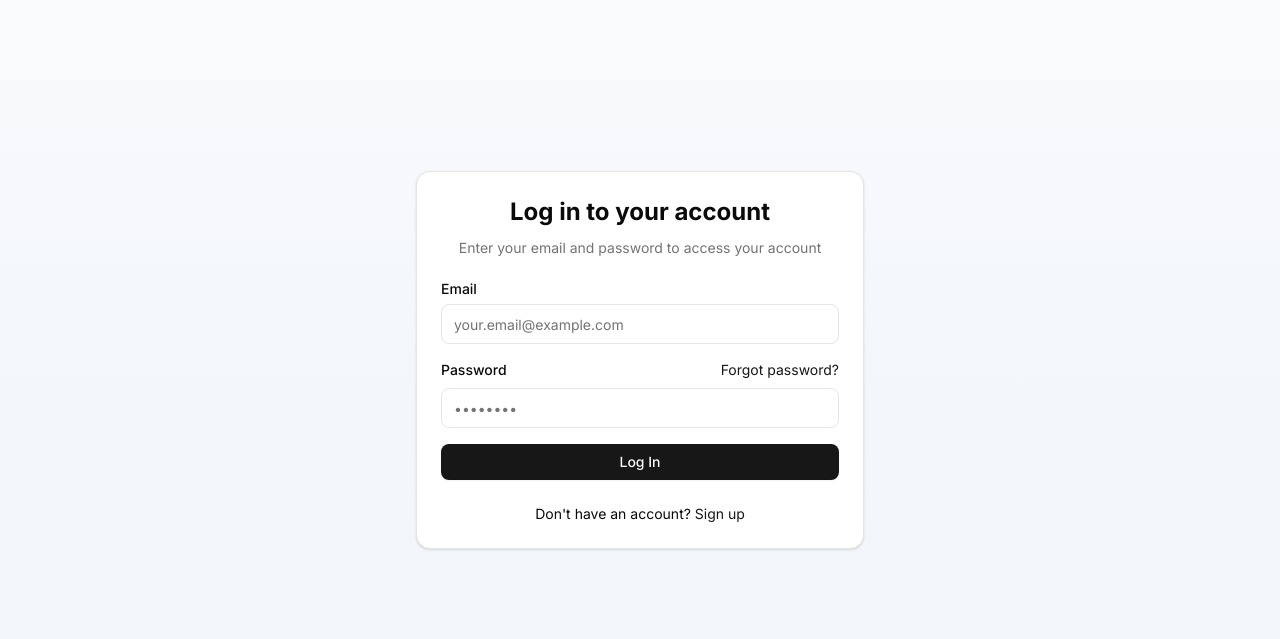
Repository: davidsaas/trustplacev2
Page: /login
An editor plug-in stored every save of this project. The page is shown before and after the next save, followed by the edit.
The browser window is 1280 px wide. The pictures show the whole page.
The project was rebuilt for these pictures with package versions that can differ from the ones it lists, and the page was loaded fresh each time. The framework's server and built-in components were replaced by stand-ins that run in the browser. Also part of the build but not shown: next.config.js, src/lib/apify.ts, src/components/navbar.tsx, src/components/nav-wrapper.tsx, src/components/ui/alert.tsx.

Above is the page before, as saved 2025-03-05 15:52:03.

### src/app/layout.tsx
import { Inter } from "next/font/google";
import "./globals.css";
import { NavWrapper } from "@/components/nav-wrapper";
import type { Metadata } from "next";

const inter = Inter({ subsets: ["latin"] });

export const metadata: Metadata = {
  title: "TrustPlace - Safe Airbnb Stays",
  description: "Find safe and trusted Airbnb stays with TrustPlace",
  icons: {
    icon: "/favicon.ico",
  },
};

export default function RootLayout({
  children,
}: Readonly<{
  children: React.ReactNode;
}>) {
  return (
    <html lang="en">
      <body className={inter.className}>
        <NavWrapper />
        {children}
      </body>
    </html>
  );
}

### src/app/login/page.tsx
"use client";

import { useState, useEffect } from "react";
import { Button } from "@/components/ui/button";
import { Input } from "@/components/ui/input";
import { Label } from "@/components/ui/label";
import { Card, CardContent, CardDescription, CardFooter, CardHeader, CardTitle } from "@/components/ui/card";
import { supabase } from "@/lib/supabase";
import { Alert, AlertDescription } from "@/components/ui/alert";
import Link from "next/link";
import { useRouter, useSearchParams } from "next/navigation";

export default function Login() {
  const [email, setEmail] = useState("");
  const [password, setPassword] = useState("");
  const [loading, setLoading] = useState(false);
  const [error, setError] = useState<string | null>(null);
  const [message, setMessage] = useState<string | null>(null);
  const router = useRouter();
  const searchParams = useSearchParams();

  useEffect(() => {
    // Check for message in URL (e.g., from signup page)
    const urlMessage = searchParams?.get("message");
    if (urlMessage) {
      setMessage(urlMessage);
    }
  }, [searchParams]);

  const handleLogin = async (e: React.FormEvent) => {
    e.preventDefault();
    setLoading(true);
    setError(null);

    try {
      const { error } = await supabase.auth.signInWithPassword({
        email,
        password,
      });

      if (error) {
        throw error;
      }

      // Success - redirect to home page
      router.push("/dashboard");
    } catch (error: any) {
      setError(error.message || "An error occurred during login");
    } finally {
      setLoading(false);
    }
  };

  return (
    <div className="flex items-center justify-center min-h-screen p-4 bg-gradient-to-b from-slate-50 to-slate-100 dark:from-gray-900 dark:to-gray-950">
      <Card className="w-full max-w-md">
        <CardHeader className="space-y-1">
          <CardTitle className="text-2xl font-bold text-center">Log in to your account</CardTitle>
          <CardDescription className="text-center">
            Enter your email and password to access your account
          </CardDescription>
        </CardHeader>
        <CardContent>
          <form onSubmit={handleLogin} className="space-y-4">
            {error && (
              <Alert variant="destructive">
                <AlertDescription>{error}</AlertDescription>
              </Alert>
            )}
            {message && (
              <Alert>
                <AlertDescription>{message}</AlertDescription>
              </Alert>
            )}
            <div className="space-y-2">
              <Label htmlFor="email">Email</Label>
              <Input
                id="email"
                type="email"
                placeholder="your.email@example.com"
                value={email}
                onChange={(e) => setEmail(e.target.value)}
                required
              />
            </div>
            <div className="space-y-2">
              <div className="flex items-center justify-between">
                <Label htmlFor="password">Password</Label>
                <Link href="/forgot-password" className="text-sm text-primary underline-offset-4 hover:underline">
                  Forgot password?
                </Link>
              </div>
              <Input
                id="password"
                type="password"
                placeholder="••••••••"
                value={password}
                onChange={(e) => setPassword(e.target.value)}
                required
              />
            </div>
            <Button type="submit" className="w-full" disabled={loading}>
              {loading ? "Logging in..." : "Log In"}
            </Button>
          </form>
        </CardContent>
        <CardFooter className="flex justify-center">
          <div className="text-sm text-center">
            Don't have an account?{" "}
            <Link href="/signup" className="text-primary underline-offset-4 hover:underline">
              Sign up
            </Link>
          </div>
        </CardFooter>
      </Card>
    </div>
  );
}

### src/components/ui/button.tsx
import * as React from "react"
import { Slot } from "@radix-ui/react-slot"
import { cva, type VariantProps } from "class-variance-authority"

import { cn } from "@/lib/utils"

const buttonVariants = cva(
  "inline-flex items-center justify-center gap-2 whitespace-nowrap rounded-md text-sm font-medium transition-[color,box-shadow] disabled:pointer-events-none disabled:opacity-50 [&_svg]:pointer-events-none [&_svg:not([class*='size-'])]:size-4 shrink-0 [&_svg]:shrink-0 outline-none focus-visible:border-ring focus-visible:ring-ring/50 focus-visible:ring-[3px] aria-invalid:ring-destructive/20 dark:aria-invalid:ring-destructive/40 aria-invalid:border-destructive",
  {
    variants: {
      variant: {
        default:
          "bg-primary text-primary-foreground shadow-xs hover:bg-primary/90",
        destructive:
          "bg-destructive text-white shadow-xs hover:bg-destructive/90 focus-visible:ring-destructive/20 dark:focus-visible:ring-destructive/40",
        outline:
          "border border-input bg-background shadow-xs hover:bg-accent hover:text-accent-foreground",
        secondary:
          "bg-secondary text-secondary-foreground shadow-xs hover:bg-secondary/80",
        ghost: "hover:bg-accent hover:text-accent-foreground",
        link: "text-primary underline-offset-4 hover:underline",
      },
      size: {
        default: "h-9 px-4 py-2 has-[>svg]:px-3",
        sm: "h-8 rounded-md gap-1.5 px-3 has-[>svg]:px-2.5",
        lg: "h-10 rounded-md px-6 has-[>svg]:px-4",
        icon: "size-9",
      },
    },
    defaultVariants: {
      variant: "default",
      size: "default",
    },
  }
)

function Button({
  className,
  variant,
  size,
  asChild = false,
  ...props
}: React.ComponentProps<"button"> &
  VariantProps<typeof buttonVariants> & {
    asChild?: boolean
  }) {
  const Comp = asChild ? Slot : "button"

  return (
    <Comp
      data-slot="button"
      className={cn(buttonVariants({ variant, size, className }))}
      {...props}
    />
  )
}

export { Button, buttonVariants }

### src/components/ui/input.tsx
import * as React from "react"

import { cn } from "@/lib/utils"

export interface InputProps
  extends React.InputHTMLAttributes<HTMLInputElement> {}

const Input = React.forwardRef<HTMLInputElement, InputProps>(
  ({ className, type, ...props }, ref) => {
    return (
      <input
        type={type}
        className={cn(
          "flex h-10 w-full rounded-md border border-input bg-background px-3 py-2 text-sm ring-offset-background file:border-0 file:bg-transparent file:text-sm file:font-medium placeholder:text-muted-foreground focus-visible:outline-none focus-visible:ring-2 focus-visible:ring-ring focus-visible:ring-offset-2 disabled:cursor-not-allowed disabled:opacity-50",
          className
        )}
        ref={ref}
        {...props}
      />
    )
  }
)
Input.displayName = "Input"

export { Input }

### src/components/ui/card.tsx
import * as React from "react"

import { cn } from "@/lib/utils"

function Card({ className, ...props }: React.ComponentProps<"div">) {
  return (
    <div
      data-slot="card"
      className={cn(
        "bg-card text-card-foreground flex flex-col gap-6 rounded-xl border py-6 shadow-sm",
        className
      )}
      {...props}
    />
  )
}

function CardHeader({ className, ...props }: React.ComponentProps<"div">) {
  return (
    <div
      data-slot="card-header"
      className={cn("flex flex-col gap-1.5 px-6", className)}
      {...props}
    />
  )
}

function CardTitle({ className, ...props }: React.ComponentProps<"div">) {
  return (
    <div
      data-slot="card-title"
      className={cn("leading-none font-semibold", className)}
      {...props}
    />
  )
}

function CardDescription({ className, ...props }: React.ComponentProps<"div">) {
  return (
    <div
      data-slot="card-description"
      className={cn("text-muted-foreground text-sm", className)}
      {...props}
    />
  )
}

function CardContent({ className, ...props }: React.ComponentProps<"div">) {
  return (
    <div
      data-slot="card-content"
      className={cn("px-6", className)}
      {...props}
    />
  )
}

function CardFooter({ className, ...props }: React.ComponentProps<"div">) {
  return (
    <div
      data-slot="card-footer"
      className={cn("flex items-center px-6", className)}
      {...props}
    />
  )
}

export { Card, CardHeader, CardFooter, CardTitle, CardDescription, CardContent }

### src/lib/supabase.ts
import { createClient } from '@supabase/supabase-js';

const supabaseUrl = 'https://upsiedhtxolcshbunlls.supabase.co';
const supabaseAnonKey = 'eyJhbGciOiJIUzI1NiIsInR5cCI6IkpXVCJ9.eyJpc3MiOiJzdXBhYmFzZSIsInJlZiI6InVwc2llZGh0eG9sY3NoYnVubGxzIiwicm9sZSI6ImFub24iLCJpYXQiOjE3NDExNzQxMDAsImV4cCI6MjA1Njc1MDEwMH0.a23c0hAC7Kj_rJqpxHNEdKwmeRMy_ZH88nApJZ41DwA';

export const supabase = createClient(supabaseUrl, supabaseAnonKey);

### src/components/ui/separator.tsx
"use client"

import * as React from "react"
import * as SeparatorPrimitive from "@radix-ui/react-separator"

import { cn } from "@/lib/utils"

function Separator({
  className,
  orientation = "horizontal",
  decorative = true,
  ...props
}: React.ComponentProps<typeof SeparatorPrimitive.Root>) {
  return (
    <SeparatorPrimitive.Root
      data-slot="separator-root"
      decorative={decorative}
      orientation={orientation}
      className={cn(
        "bg-border shrink-0 data-[orientation=horizontal]:h-px data-[orientation=horizontal]:w-full data-[orientation=vertical]:h-full data-[orientation=vertical]:w-px",
        className
      )}
      {...props}
    />
  )
}

export { Separator }

Loaded but not shown: src/app/globals.css (common file); src/components/ui/label.tsx (common file); src/lib/utils.ts (common file)

After the next save:
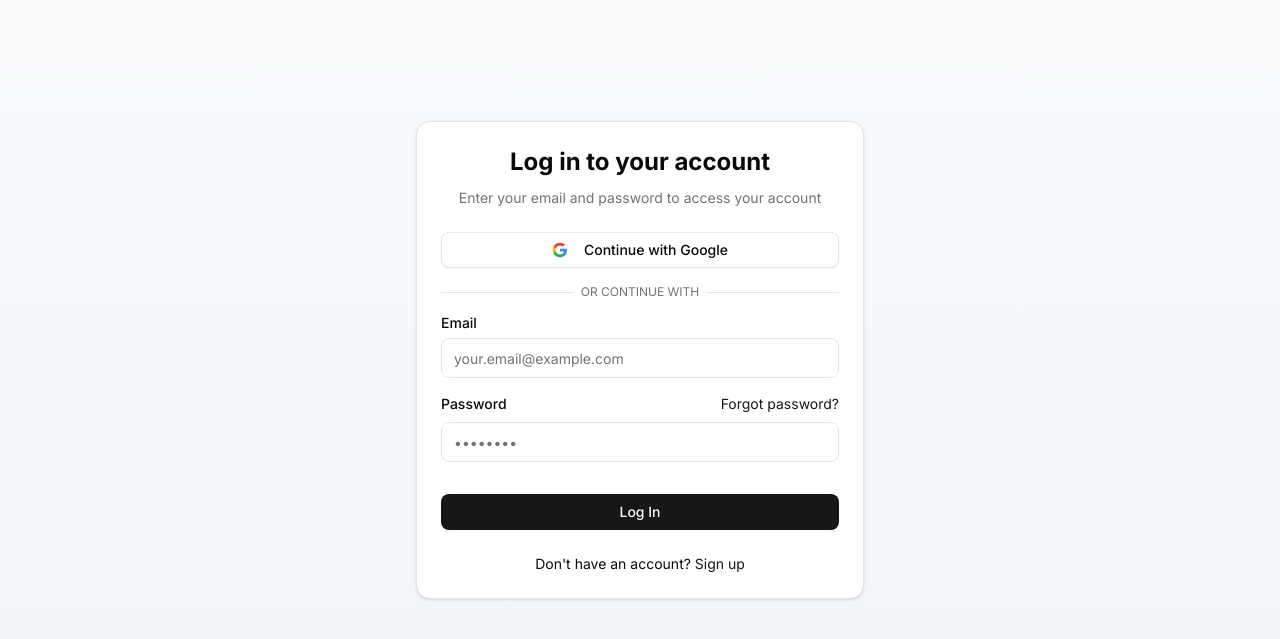
Saved 78 s later.
--- a/src/app/login/page.tsx
+++ b/src/app/login/page.tsx
@@ -9,6 +9,7 @@ import { supabase } from "@/lib/supabase";
 import { Alert, AlertDescription } from "@/components/ui/alert";
 import Link from "next/link";
 import { useRouter, useSearchParams } from "next/navigation";
+import { Separator } from "@/components/ui/separator";
 
 export default function Login() {
   const [email, setEmail] = useState("");
@@ -51,6 +52,27 @@ export default function Login() {
     }
   };
 
+  const handleGoogleLogin = async () => {
+    try {
+      setLoading(true);
+      setError(null);
+
+      const { error } = await supabase.auth.signInWithOAuth({
+        provider: 'google',
+        options: {
+          redirectTo: `${window.location.origin}/auth/callback`
+        }
+      });
+
+      if (error) {
+        throw error;
+      }
+    } catch (error: any) {
+      setError(error.message || "An error occurred during Google login");
+      setLoading(false);
+    }
+  };
+
   return (
     <div className="flex items-center justify-center min-h-screen p-4 bg-gradient-to-b from-slate-50 to-slate-100 dark:from-gray-900 dark:to-gray-950">
       <Card className="w-full max-w-md">
@@ -61,48 +83,87 @@ export default function Login() {
           </CardDescription>
         </CardHeader>
         <CardContent>
-          <form onSubmit={handleLogin} className="space-y-4">
-            {error && (
-              <Alert variant="destructive">
-                <AlertDescription>{error}</AlertDescription>
-              </Alert>
-            )}
-            {message && (
-              <Alert>
-                <AlertDescription>{message}</AlertDescription>
-              </Alert>
-            )}
-            <div className="space-y-2">
-              <Label htmlFor="email">Email</Label>
-              <Input
-                id="email"
-                type="email"
-                placeholder="your.email@example.com"
-                value={email}
-                onChange={(e) => setEmail(e.target.value)}
-                required
-              />
+          <div className="space-y-4">
+            <Button
+              type="button"
+              variant="outline"
+              className="w-full"
+              onClick={handleGoogleLogin}
+              disabled={loading}
+            >
+              <svg className="w-5 h-5 mr-2" viewBox="0 0 24 24">
+                <path
+                  d="M22.56 12.25c0-.78-.07-1.53-.2-2.25H12v4.26h5.92c-.26 1.37-1.04 2.53-2.21 3.31v2.77h3.57c2.08-1.92 3.28-4.74 3.28-8.09z"
+                  fill="#4285F4"
+                />
+                <path
+                  d="M12 23c2.97 0 5.46-.98 7.28-2.66l-3.57-2.77c-.98.66-2.23 1.06-3.71 1.06-2.86 0-5.29-1.93-6.16-4.53H2.18v2.84C3.99 20.53 7.7 23 12 23z"
+                  fill="#34A853"
+                />
+                <path
+                  d="M5.84 14.09c-.22-.66-.35-1.36-.35-2.09s.13-1.43.35-2.09V7.07H2.18C1.43 8.55 1 10.22 1 12s.43 3.45 1.18 4.93l2.85-2.22.81-.62z"
+                  fill="#FBBC05"
+                />
+                <path
+                  d="M12 5.38c1.62 0 3.06.56 4.21 1.64l3.15-3.15C17.45 2.09 14.97 1 12 1 7.7 1 3.99 3.47 2.18 7.07l3.66 2.84c.87-2.6 3.3-4.53 6.16-4.53z"
+                  fill="#EA4335"
+                />
+              </svg>
+              Continue with Google
+            </Button>
+
+            <div className="relative">
+              <div className="absolute inset-0 flex items-center">
+                <Separator />
+              </div>
+              <div className="relative flex justify-center text-xs uppercase">
+                <span className="bg-background px-2 text-muted-foreground">Or continue with</span>
+              </div>
             </div>
-            <div className="space-y-2">
-              <div className="flex items-center justify-between">
-                <Label htmlFor="password">Password</Label>
-                <Link href="/forgot-password" className="text-sm text-primary underline-offset-4 hover:underline">
-                  Forgot password?
-                </Link>
+
+            <form onSubmit={handleLogin} className="space-y-4">
+              {error && (
+                <Alert variant="destructive">
+                  <AlertDescription>{error}</AlertDescription>
+                </Alert>
+              )}
+              {message && (
+                <Alert>
+                  <AlertDescription>{message}</AlertDescription>
+                </Alert>
+              )}
+              <div className="space-y-2">
+                <Label htmlFor="email">Email</Label>
+                <Input
+                  id="email"
+                  type="email"
+                  placeholder="your.email@example.com"
+                  value={email}
+                  onChange={(e) => setEmail(e.target.value)}
+                  required
+                />
               </div>
-              <Input
-                id="password"
-                type="password"
-                placeholder="••••••••"
-                value={password}
-                onChange={(e) => setPassword(e.target.value)}
-                required
-              />
-            </div>
-            <Button type="submit" className="w-full" disabled={loading}>
-              {loading ? "Logging in..." : "Log In"}
-            </Button>
-          </form>
+              <div className="space-y-2">
+                <div className="flex items-center justify-between">
+                  <Label htmlFor="password">Password</Label>
+                  <Link href="/forgot-password" className="text-sm text-primary underline-offset-4 hover:underline">
+                    Forgot password?
+                  </Link>
+                </div>
+                <Input
+                  id="password"
+                  type="password"
+                  placeholder="••••••••"
+                  value={password}
+                  onChange={(e) => setPassword(e.target.value)}
+                  required
+                />
+              </div>
+              <Button type="submit" className="w-full mt-4" disabled={loading}>
+                {loading ? "Logging in..." : "Log In"}
+              </Button>
+            </form>
+          </div>
         </CardContent>
         <CardFooter className="flex justify-center">
           <div className="text-sm text-center">
